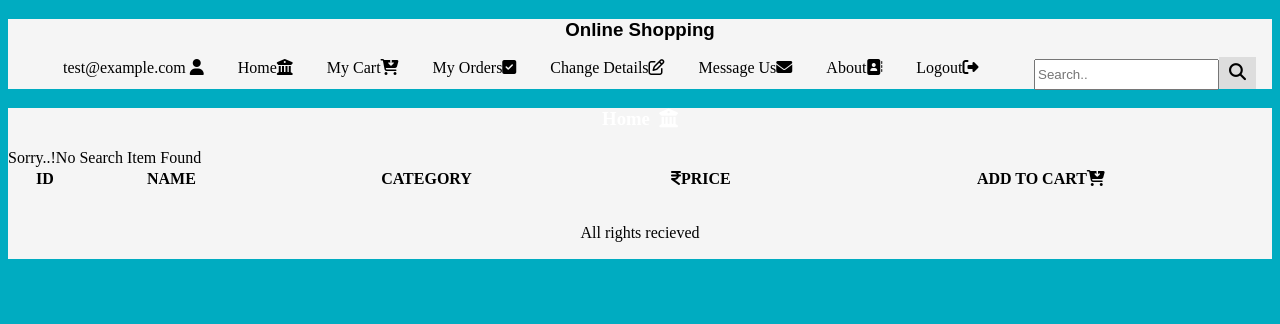
Repository: NidhiDaniel/E-Cart
Page: http://localhost/Online-Shopping-Cart/search-home.jsp
The author's editor kept a copy of each file at every save. The page is drawn from the files as they stood at one save, then again after the next save.
The browser window is 1280 px wide. The pictures show the whole page.
Some web libraries are served in a nearby version. The page is served by Tomcat 9. The session is filled in as if someone had signed in: {"email": "test@example.com"}. Queries for data that is not in the repository find no rows.

Above is the page before, as saved 2024-01-06 14:29:17.

### Online-Shopping-Cart/src/main/webapp/search-home.jsp
<%@page import="java.sql.ResultSet"%>
<%@page import="java.sql.Statement"%>
<%@page import="java.sql.Connection"%>
<%@page import="com.db.connection.DAOConnection"%>
<%@ page language="java" contentType="text/html; charset=ISO-8859-1"
    pageEncoding="ISO-8859-1"%>
<%@ include file="header.jsp" %>
<!DOCTYPE html>
<html>
<head>
<meta charset="ISO-8859-1">
<title>Home</title>
<link rel="stylesheet" href="./css/home-style.css">
</head>
<body>
<div class="product-view">
<h3 style="color: white; text-align: center;">Home &nbsp;<i class="fa fa-institution"></i></h3>
<table>
<thead>
		<tr>
			<th>ID</th>
			<th>NAME</th>
			<th>CATEGORY</th>
			<th><i class="fa fa-inr"></i>PRICE</th>
			<th>ADD TO CART<i class="fa fa-cart-arrow-down"></i></th>
		</tr>

</thead>
<tbody>
<%
int status=0;
try{
	String searchItem=request.getParameter("search");
    Connection con=DAOConnection.getConnection();
    Statement stmt=con.createStatement();
    ResultSet rs=stmt.executeQuery("select * from product where name like '%"+searchItem+"%' or category like '"+searchItem+"' and active='yes'");
   while(rs.next()){
   status=1;
   %>
   <td><%=rs.getInt(1) %></td>
   <td><%=rs.getString(2) %></td>
   <td><%=rs.getString(3) %></td>
   <td><i class="fa fa-inr"></i><%=rs.getString(4) %></td>
   <td><a href="addToCartAction.jsp?id=<%= rs.getString(1)%>">Add to cart<i class="fa fa-cart-arrow-down"></i></a></td>
   <%

   }
   if(status==0){
	   out.print("<tr class='failure-msg'>Sorry..!No Search Item Found</tr>");
   }
}
catch(Exception e){

}
%>


</tbody>

</table>
</body>
<%@ include file="footer.jsp" %>
</html>

### Online-Shopping-Cart/src/main/webapp/header.jsp
<%@ page language="java" contentType="text/html; charset=ISO-8859-1"
	pageEncoding="ISO-8859-1"%>
<!DOCTYPE html>
<html>
<head>
<meta charset="ISO-8859-1">
<title>Insert title here</title>
<link rel="stylesheet" type="text/css" href="./css/header.css">
<link rel="stylesheet" href="https://cdnjs.cloudflare.com/ajax/libs/font-awesome/4.7.0/css/font-awesome.min.css">
<script src='https://kit.fontawesome.com/a076d05399.js' crossorigin='anonymous'></script>
</head>
<body>
	<div class="header">
	<% String email=session.getAttribute("email").toString(); %>

	   <h3>Online Shopping</h3>

		<ul>
		   <li><a href=""><% out.println(email);%><i class="fa fa-user"></i></a></li>
			<li><a href="home.jsp">Home<i class="fa fa-institution"></i></a></li>
			<li><a href="">My Cart<i class="fa fa-cart-arrow-down"></i></a></li>
			<li><a href="">My Orders<i class="fa fa-check-square"></i></a></li>
			<li><a href="">Change Details<i class="fa fa-edit"></i></a></li>
			<li><a href="">Message Us<i class="fa fa-envelope"></i></a></li>
			<li><a href="">About<i class="fa fa-address-book"></i></a></li>
			<li><a href="logout.jsp">Logout<i class="fa fa-sign-out"></i></a></li>
			 <div class="search-container">
			 <form action="search-home.jsp" method="post">
        	<input type="text" placeholder="Search.." name="search">
            <button type="submit"><i class="fa fa-search"></i></button>
            </form>
        	</div>
		</ul>

	</div>
</body>
</html>

### Online-Shopping-Cart/src/main/webapp/footer.jsp
<%@ page language="java" contentType="text/html; charset=ISO-8859-1"
    pageEncoding="ISO-8859-1"%>
<!DOCTYPE html>
<html>
<head>
<meta charset="ISO-8859-1">
<title>Insert title here</title>
<link rel="stylesheet" type="text/css" href="css/footer.css">
</head>
<body>
<footer>
<div class="footer">
<p>All rights recieved</p>
</div>
</footer>
</body>
</html>

### Online-Shopping-Cart/src/main/java/com/db/connection/DAOConnection.java
package com.db.connection;

import java.sql.Connection;
import java.sql.DriverManager;

import com.mysql.cj.jdbc.Driver;

public class DAOConnection {


public static Connection getConnection() {
	 Connection con=null;
	   try {
		DriverManager.registerDriver(new Driver());
        con=DriverManager.getConnection("jdbc:mysql://localhost:3306/online_cart","root","admin");
	} catch (Exception e) {
		e.printStackTrace();
	}
	return con;
   }
}

### Online-Shopping-Cart/src/main/webapp/css/header.css
@charset "ISO-8859-1";
body{
	background: #00ACC1;
}
.header{
	width: auto;
	height:auto;
	background: #f5f5f5;
}
.header ul li{
	list-style: none;
	display: inline-block;
	height: 30px;
}
.header ul li:hover{
	background: #879487;
}
.header h3{
	text-align: center;
	font-family: sans-serif;
	font-weight: 900;
}
.header ul li a{
	margin: 15px;
    text-decoration: none;
    color: black;
    font-weight: 500;
}
.search-container input{
	height: 25px;
}
.search-container {
  float: right;
}
.search-container button {
  float: right;
  padding: 6px 10px;
  margin-top: -2px;
  margin-right: 16px;
  background: #ddd;
  font-size: 17px;
  border: none;
  cursor: pointer;
}
.search-container button:hover {
  background: #ccc;
}

### Online-Shopping-Cart/src/main/webapp/css/home-style.css
@charset "ISO-8859-1";
.product-view {
	background: #f5f5f5;
}
.product-view table {
	width: -webkit-fill-available;
}
.product-view table tr{
	text-align: center;
}
.success-msg{
	color:#FBC02D;
	text-align:center;
	font-size: 20px;
	font-weight: 600;
}
.failure-msg{
	color:#C62828;
	font-size: 20px;
	font-weight: 600;
}

### Online-Shopping-Cart/src/main/webapp/css/footer.css
@charset "ISO-8859-1";
.footer{
	background: #f5f5f5;
	height: 50px;
}
.footer p{
padding-top: 15px;
text-align: center;
}

After the next save:
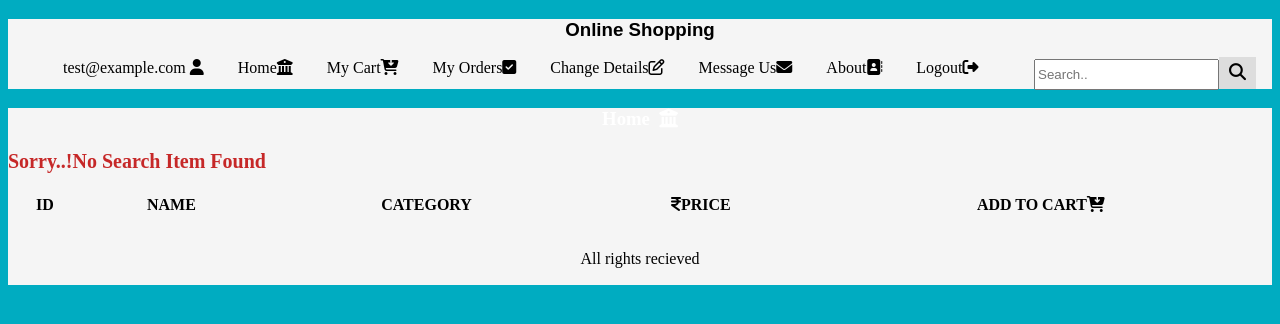
Saved 53 s later.
--- a/Online-Shopping-Cart/src/main/webapp/search-home.jsp
+++ b/Online-Shopping-Cart/src/main/webapp/search-home.jsp
@@ -46,7 +46,7 @@ try{
 
    }
    if(status==0){
-	   out.print("<tr class='failure-msg'>Sorry..!No Search Item Found</tr>");
+	   out.print("<tr><p class='failure-msg'>Sorry..!No Search Item Found</p></tr>");
    }
 }
 catch(Exception e){
